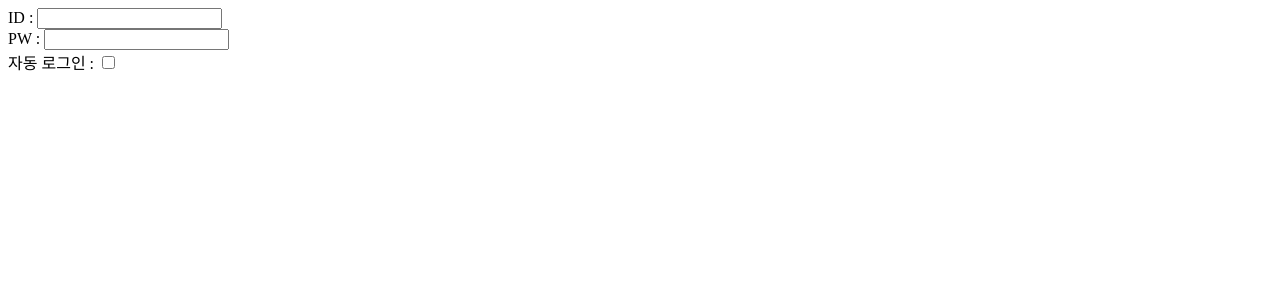
Repository: Yingjae/jsp_practice
Page: http://localhost/JSPBasic/JspObject/3.cookie/cookie_login.jsp
These files come from the project's save history. The page is drawn as it stood at one moment and after the next save; the edit follows.
The browser window is 1280 px wide. The pictures show the whole page.
The page is served by Tomcat 9.

Above is the page before, as saved 2022-02-07 01:14:56.

After the next save:
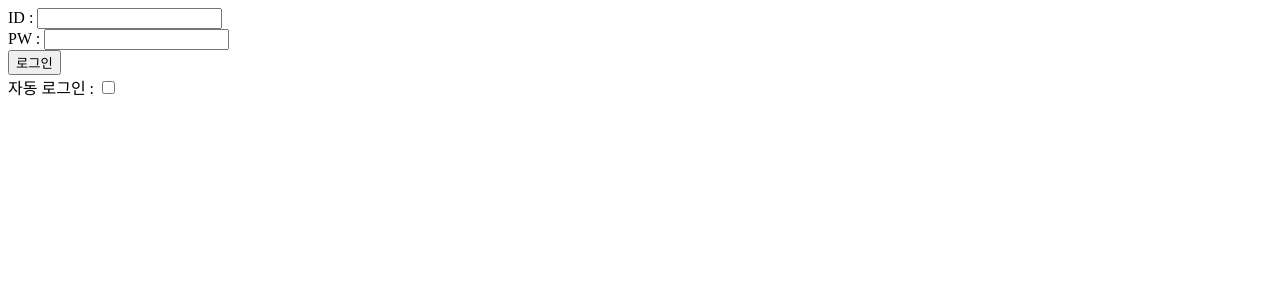
Saved 45 s later.
--- a/JSPBasic/src/main/webapp/JspObject/3.cookie/cookie_login.jsp
+++ b/JSPBasic/src/main/webapp/JspObject/3.cookie/cookie_login.jsp
@@ -22,6 +22,7 @@ input checkbox 1개 (자동 로그인)
 	<form action="cookie_login_ok.jsp" method="get">
 		ID : <input type="text" name="ID"><br/>
 		PW : <input type="password" name="PW"><br/>
+		<input type="submit" value="로그인"><br/>
 		자동 로그인 : <input type="checkbox" value="자동로그인">
 	</form>
 </body>
